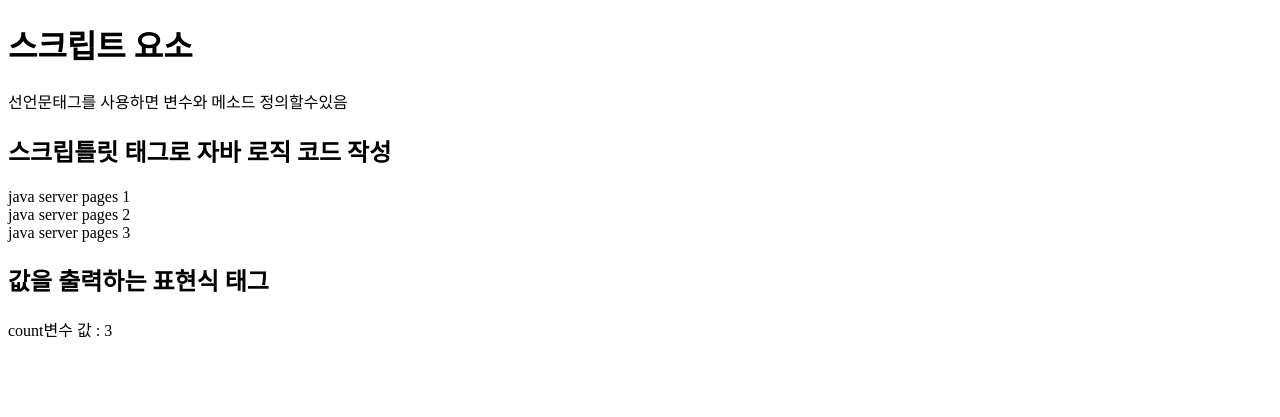
Repository: design-view/jspstudy
Page: http://localhost/GreenJsp/01jspdefault/scriptElement.jsp
An editor plug-in stored every save of this project. The page is shown before and after the next save, followed by the edit.
The browser window is 1280 px wide. The pictures show the whole page.
The page is served by Tomcat 9. Nobody is signed in. The application's start-up code is not run.

Above is the page before, as saved 2024-01-09 02:12:08.

After the next save:
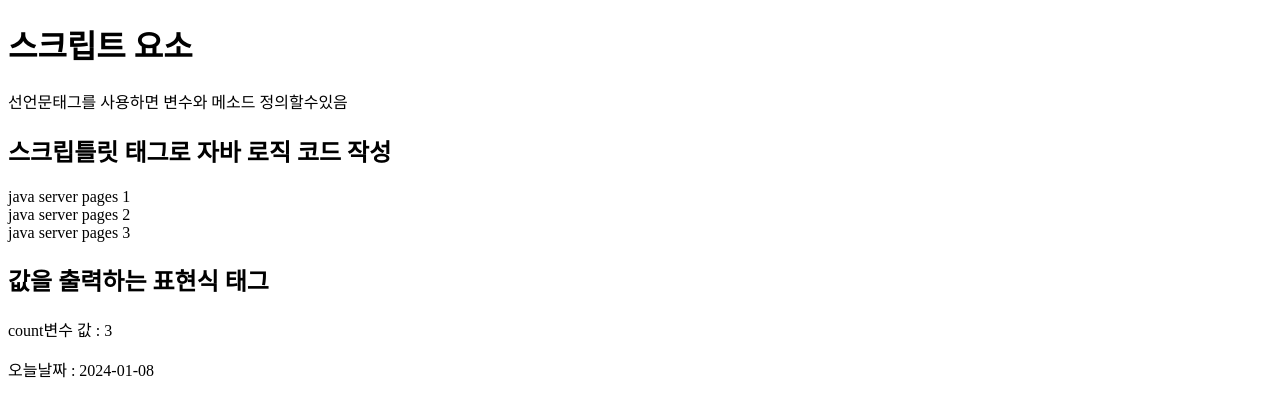
Saved 5 min 44 s later.
--- a/GreenJsp/src/main/webapp/01jspdefault/scriptElement.jsp
+++ b/GreenJsp/src/main/webapp/01jspdefault/scriptElement.jsp
@@ -29,5 +29,6 @@
 	%>
 	<h2>값을 출력하는 표현식 태그</h2>
 	<p>count변수 값 : <%=count%></p>
+	<p>오늘날짜 : <%=nowstr%></p>
 </body>
 </html>
